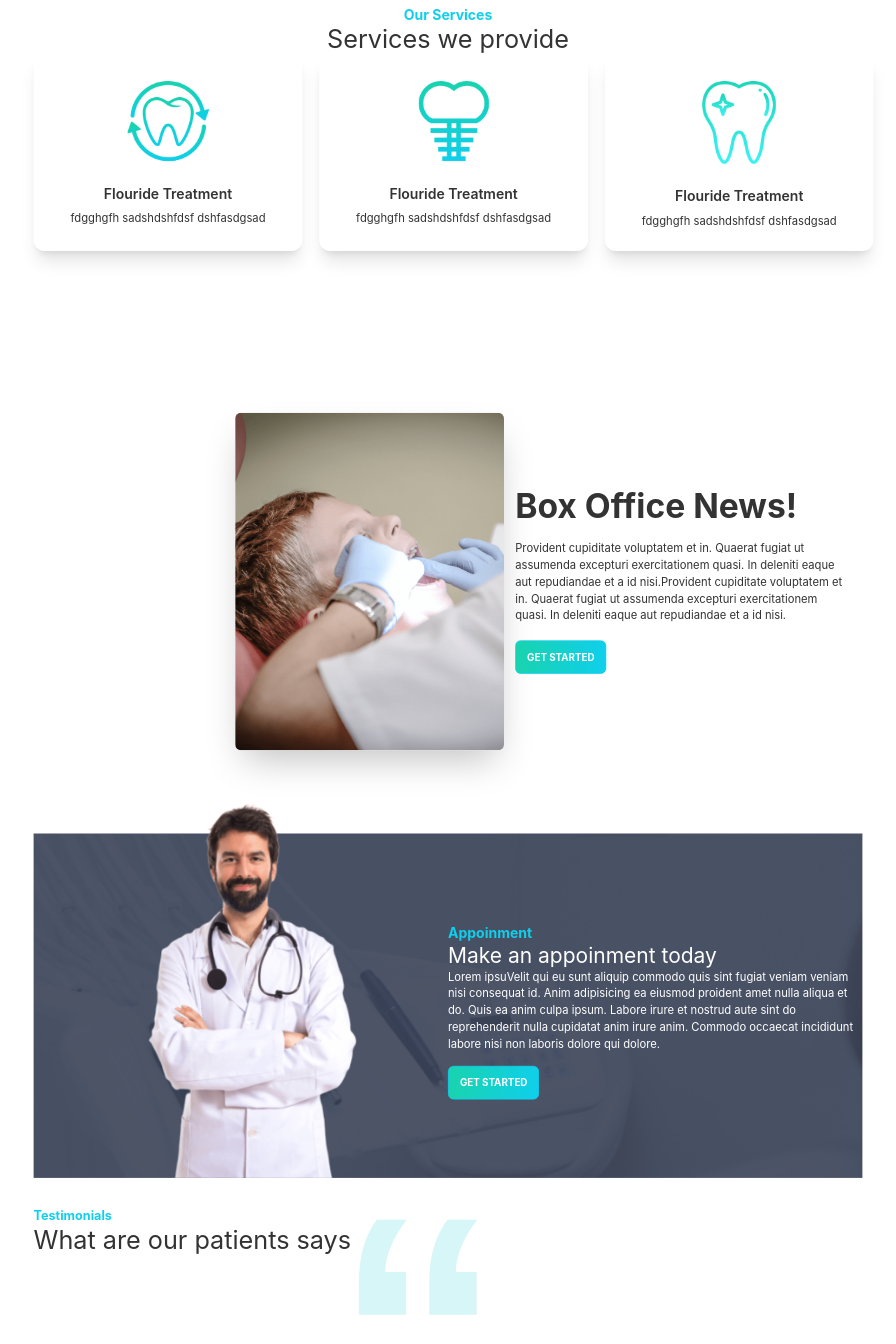
Repository: devsajid/doctors-portal-client
Page: /
These files come from the project's save history. The page is drawn as it stood at one moment and after the next save; the edit follows.
The browser window is 1280 px wide. The pictures show the part of the page from y = 1044 to 2964 px (the page is 2964 px tall before and 2884 px after), at 70% of full size.
Backgrounds fixed to the window are drawn as part of the page. The project was rebuilt for these pictures with package versions that can differ from the ones it lists, and the page was loaded fresh each time. Also part of the build but not shown: src/App.css, src/Pages/About/About.js, src/Pages/Appoinment/Appoinment.js, src/Pages/Contact/Contact.js, src/Pages/Login/Login.js, src/Pages/Review/Review.js.

Above is the page before, as saved 2022-08-14 12:04:20.

After the next save:
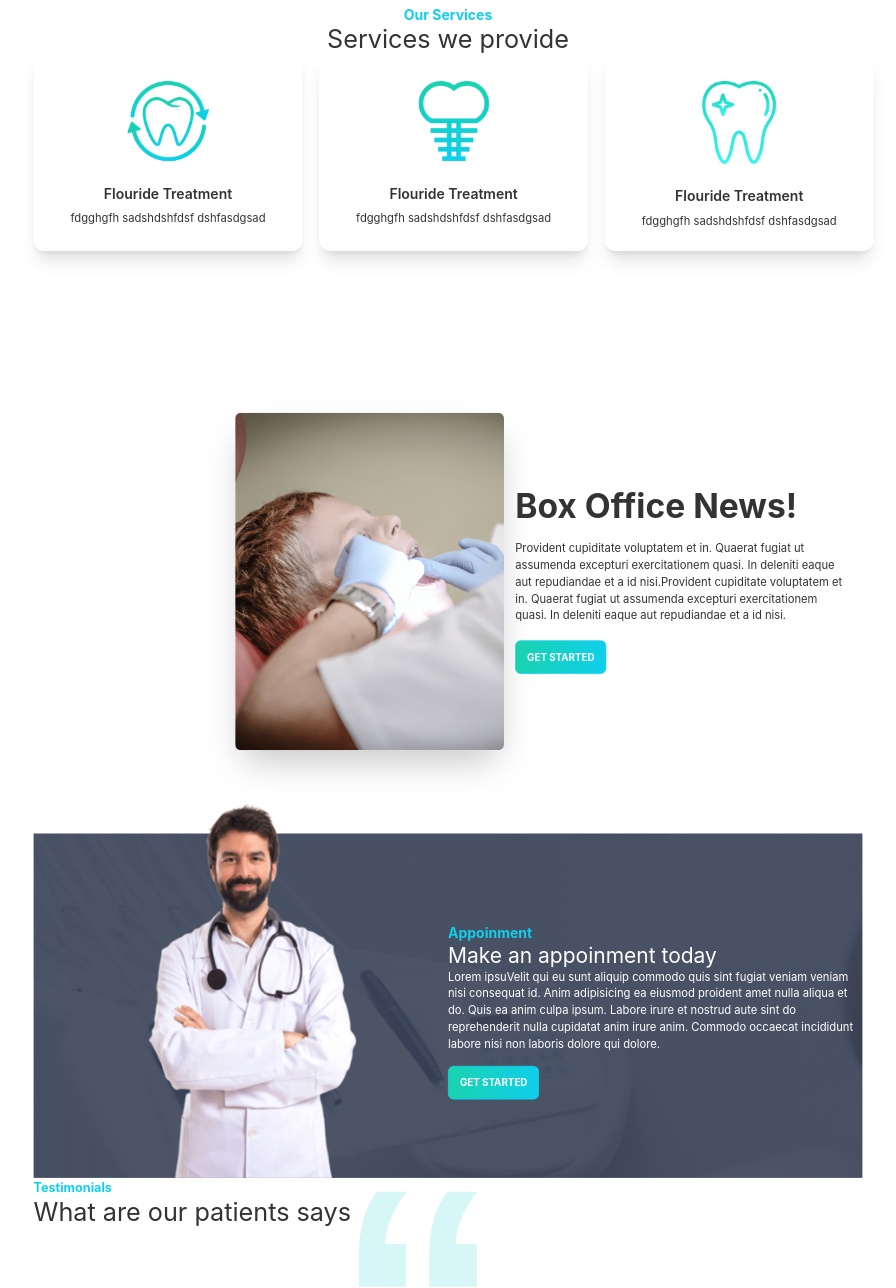
Saved 95 s later.
--- a/src/Pages/Home/Testimonials/Testimonials.js
+++ b/src/Pages/Home/Testimonials/Testimonials.js
@@ -4,7 +4,7 @@ const Testimonials = () => {
   return (
     <section>
       <div
-        className="py-10 flex justyfy-between"
+        className=" flex justyfy-between"
         // style={{
         //   backgroundImage: `url(${quote})`,
         //   backgroundRepeat: "no-repeat",
